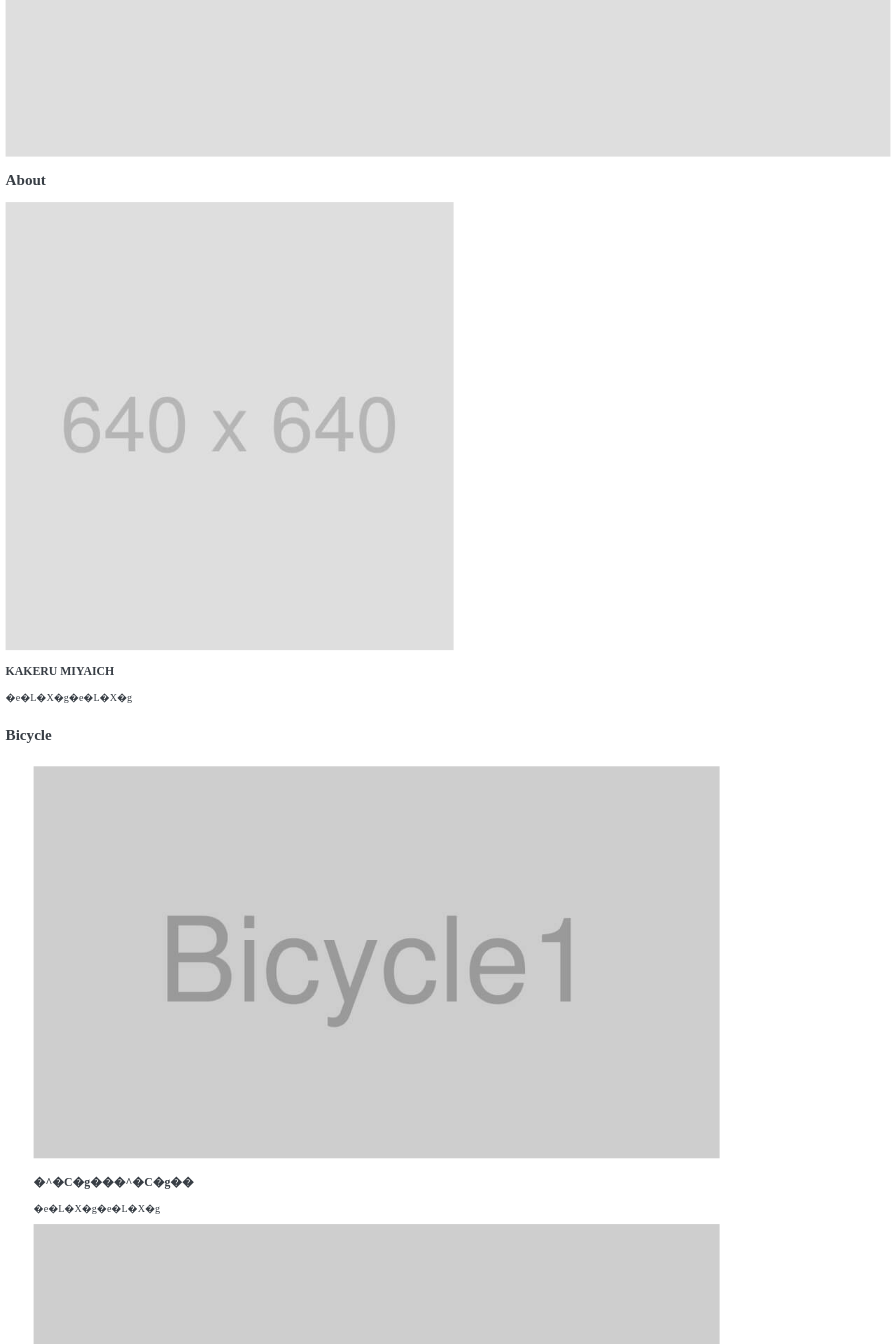
Repository: Fuki-san/bicycle
Page: http://localhost/profile
An editor plug-in stored every save of this project. The page is shown before and after a run of saves, followed by the edit.
The browser window is 1280 px wide. The pictures show the part of the page from y = 1134 to 3054 px (the page is 4223 px tall before and 4281 px after), at 70% of full size.
The page is served by the project's Laravel application, run on PHP 8.4 with Laravel 10. Other server files are loaded and not shown.

Above is the page before, as saved 2023-11-18 11:23:06.

### routes/web.php
<?php

use Illuminate\Support\Facades\Route;

/*
|--------------------------------------------------------------------------
| Web Routes
|--------------------------------------------------------------------------
|
| Here is where you can register web routes for your application. These
| routes are loaded by the RouteServiceProvider and all of them will
| be assigned to the "web" middleware group. Make something great!
|
*/

Route::get('profile', function() {
    return view('bicycle');
})->name('profile');

### resources/views/bicycle.blade.php
@extends('layouts.main')

@section('title', 'Bicycle')

### resources/views/layouts/main.blade.php
<!DOCTYPE html>
<html lang="ja">

<head>
    <meta charset="UTF-8">
    <meta name="viewport" content="width=device-width, initial-scale=1.0">
    <meta http-equiv="X-UA-Compatible" content="ie=edge">
    <link rel="stylesheet" href="{{ asset('css/reset.css') }}">
    <link rel="stylesheet" href="{{ asset('css/style.css') }}">
    <link rel="icon" href="images/img/favicon.ico">
    <title>@yield('title')</title>
</head>

<body>
    <header class="wrapper" id="header">
        <h1 class="site-title"><a href="{{ route('profile') }}"><img src="images/img/logo.svg"></a></h1>
        <nav>
            <ul>
                <li><a href="#about">About</a></li>
                <li><a href="#bicycle">Bicycle</a></li>
            </ul>
        </nav>
    </header>

    <main>
        <div id="mainvisual"><img src="images/img/mainvisual.jpg"></div>

        <section id="about" class="wrapper">
            <h2 class="section-title">About</h2>
            <div class="content">
                <img src="images/img/about.jpg">
                <div class="text">
                    <h3 class="content-title">KAKERU MIYAICH</h3>
                    <p>ƒeƒLƒXƒgƒeƒLƒXƒg</p>
                </div>
            </div>
        </section>

        <section id="bicycle" class="wrapper">
            <h2 class="section-title">Bicycle</h2>
                <ul>
                    <li><img src="images/img/bicycle1.jpg">
                        <h3 class="content-title">ƒ^ƒCƒgƒ‹ƒ^ƒCƒgƒ‹</h3>
                        <p>ƒeƒLƒXƒgƒeƒLƒXƒg</p>
                    </li>
                    <li><img src="images/img/bicycle2.jpg">
                        <h3 class="content-title">ƒ^ƒCƒgƒ‹ƒ^ƒCƒgƒ‹</h3>
                        <p>ƒeƒLƒXƒgƒeƒLƒXƒg</p>
                    </li>
                    <li><img src="images/img/bicycle3.jpg">
                        <h3 class="content-title">ƒ^ƒCƒgƒ‹ƒ^ƒCƒgƒ‹</h3>
                        <p>ƒeƒLƒXƒgƒeƒLƒXƒg</p>
                    </li>
                </ul>
        </section>
    </main>

    <footer id="footer">
        <p>&copy; 2023 Profile</p>
    </footer>
</body>

</html>

### public/css/style.css
@charset "UTF-8";

html{
    font-size: 100%;
}

body{
    font-size: 0.9rem;
    color: #383e45;
}

img{
    max-width: 100%;
}

li{
    list-style: none;
}

a{
    text-decoration: none;
}

.site-title a{
    display: block;
}

.section-title{
    display: inline-block;
}

### public/img/logo.svg
<?xml version="1.0" encoding="utf-8"?>
<!-- Generator: Adobe Illustrator 15.1.0, SVG Export Plug-In . SVG Version: 6.00 Build 0)  -->
<!DOCTYPE svg PUBLIC "-//W3C//DTD SVG 1.1//EN" "http://www.w3.org/Graphics/SVG/1.1/DTD/svg11.dtd">
<svg version="1.1" id="レイヤー_1" xmlns="http://www.w3.org/2000/svg" xmlns:xlink="http://www.w3.org/1999/xlink" x="0px"
	 y="0px" width="1500px" height="500px" viewBox="0 0 1500 500" enable-background="new 0 0 1500 500" xml:space="preserve">
<g>
	<rect x="0" fill="#393E46" width="1500" height="500"/>
</g>
<g>
	<path fill="#FFFFFF" d="M314.698,365.466h-48.583v-232.55h106.235c45.02,0,72.227,28.825,72.227,74.493
		c0,21.052-11.66,74.169-74.171,74.169h-55.708V365.466z M359.719,241.417c36.275,0,36.275-25.911,36.275-36.275
		c0-22.672-12.632-32.064-42.754-32.064h-38.542v68.34H359.719z"/>
	<path fill="#FFFFFF" d="M478.26,193.158h43.4v29.799h0.646c9.395-17.49,19.758-34.333,47.288-34.333
		c2.915,0,5.83,0.323,8.745,0.647v45.992c-3.887-0.648-8.745-0.648-12.956-0.648c-35.303,0-41.78,22.024-41.78,41.133v89.718H478.26
		V193.158z"/>
	<path fill="#FFFFFF" d="M676.155,370c-46.315,0-88.097-28.501-88.097-90.688c0-62.186,41.781-90.688,88.097-90.688
		c46.316,0,88.097,28.503,88.097,90.688C764.252,341.499,722.472,370,676.155,370z M676.155,226.843
		c-34.979,0-41.457,30.445-41.457,52.47c0,22.023,6.478,52.469,41.457,52.469s41.458-30.445,41.458-52.469
		C717.613,257.288,711.135,226.843,676.155,226.843z"/>
	<path fill="#FFFFFF" d="M848.461,365.466h-45.344V225.547h-24.939v-32.389h24.939v-13.927c0-35.628,19.434-49.231,50.527-49.231
		c13.278,0,19.432,0.323,23.318,0.648v36.599h-12.631c-15.547,0-15.871,4.858-15.871,19.109v6.802h29.474v32.389h-29.474V365.466z"
		/>
	<path fill="#FFFFFF" d="M950.484,172.754H905.14v-42.105h45.345V172.754z M950.484,193.158v172.308H905.14V193.158H950.484z"/>
	<path fill="#FFFFFF" d="M1040.524,365.466h-45.344v-232.55h45.344V365.466z"/>
	<path fill="#FFFFFF" d="M1231.94,314.939c-11.982,41.457-46.314,55.061-75.788,55.061c-48.584,0-85.83-23.319-85.83-94.252
		c0-20.728,7.125-87.124,82.592-87.124c34.008,0,80.971,16.194,80.971,94.898v8.097h-118.219
		c1.296,12.956,3.887,42.105,40.486,42.105c12.631,0,25.586-6.479,29.148-18.785H1231.94z M1187.245,262.146
		c-2.591-27.855-20.404-36.275-34.979-36.275c-21.377,0-32.713,13.604-35.304,36.275H1187.245z"/>
</g>
</svg>

After the next 5 saves:
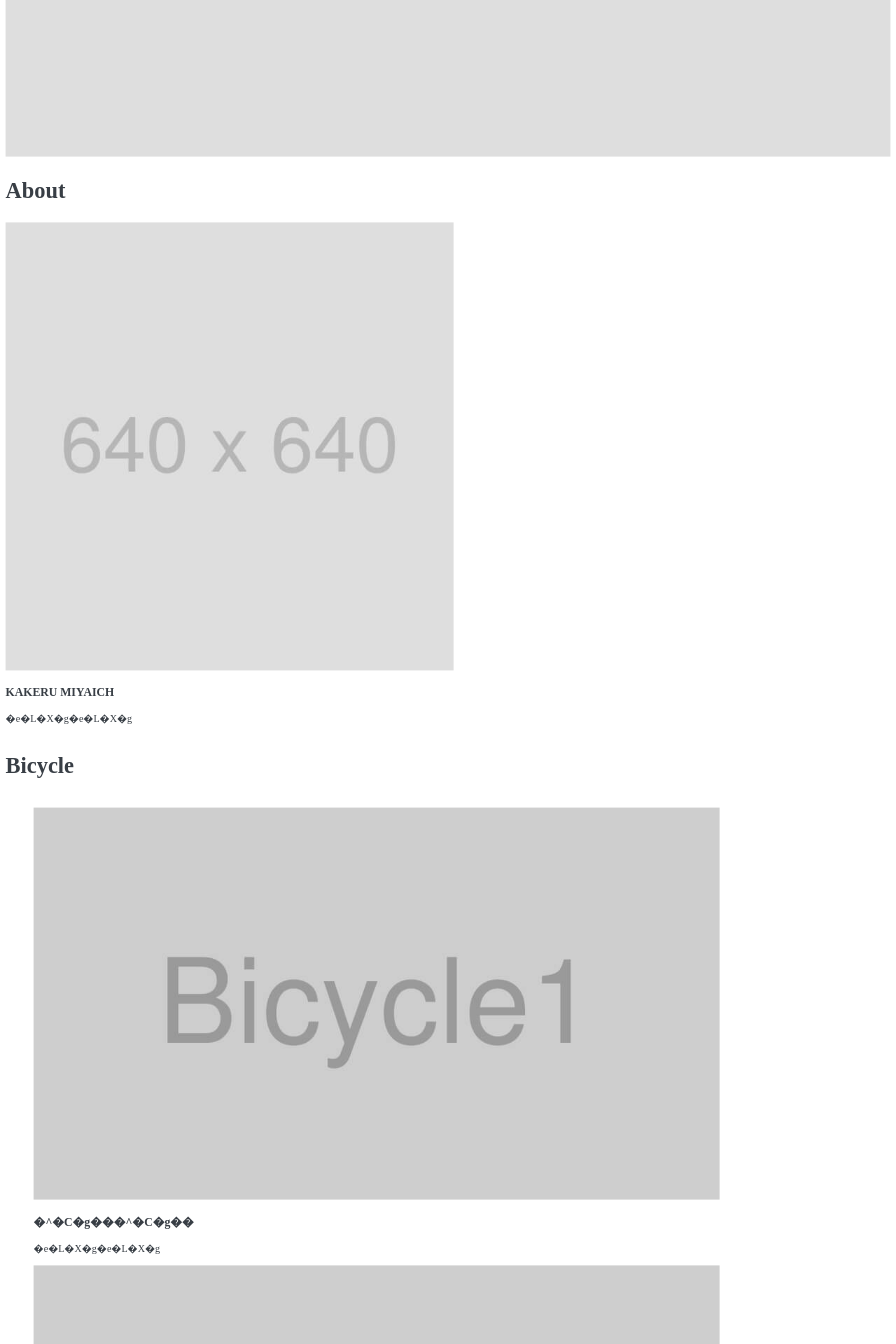
The 5 saves are shown as one change because they came seconds apart.
The last was saved 20 s later.
--- a/public/css/style.css
+++ b/public/css/style.css
@@ -27,4 +27,6 @@ a{
 
 .section-title{
     display: inline-block;
+    font-size: 2rem;
+    bor
 }
